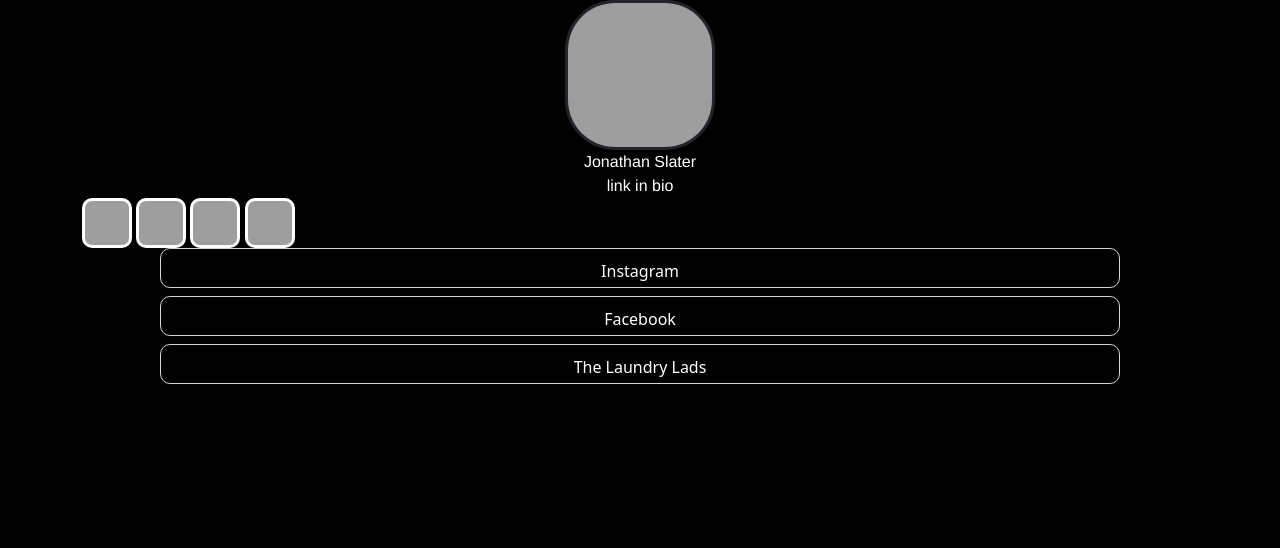
Repository: jontslater/LAB-link-in-bio
Page: index.html
An editor plug-in stored every save of this project. The page is shown before and after the next save, followed by the edit.
The browser window is 1280 px wide. The pictures show the whole page.
Pictures or frames that could not be fetched are drawn as grey boxes.

Above is the page before, as saved 2023-10-15 15:38:59.

### index.html
<!DOCTYPE html>
<html lang="en">
<head>
  <meta charset="UTF-8">
  <meta name="viewport" content="width=device-width, initial-scale=1.0">
  <title>linkinbio</title>
    <link href="https://cdn.jsdelivr.net/npm/bootstrap@5.1.3/dist/css/bootstrap.min.css" rel="stylesheet" integrity="sha384-1BmE4kWBq78iYhFldvKuhfTAU6auU8tT94WrHftjDbrCEXSU1oBoqyl2QvZ6jIW3" crossorigin="anonymous">
   <script src="main.js"></script>
  <link rel="stylesheet" href="main.css">

</head>
<body>

<div class="container">



  <img src="https://images.squarespace-cdn.com/content/v1/5b4d6d0b4cde7aa9fbec4fba/1537653096550-J9E52XLPZITJTOB32UZU/DSC03367.jpg?format=1000w"
  width="150";
  height="150";
  alt="alternatetext" class="photo">

<div class="Jon">Jonathan Slater</div>
<div class="Jon">link in bio</div>

<div></div>
<img src="https://www.freepnglogos.com/elon-musk-twitter-rebrand-x-logo-2.png" alt="alternatetext" class="social side">
<img src="https://upload.wikimedia.org/wikipedia/commons/thumb/8/8b/YouTube_dark_icon_%282017%29.svg/2560px-YouTube_dark_icon_%282017%29.svg.png" alt="alternatetext" class="social side">
<img src="https://image.similarpng.com/very-thumbnail/2020/06/Black-icon-Instagram-logo-transparent-PNG.png" alt="alternatetext" class="social side">
<img src="https://cdn.icon-icons.com/icons2/2428/PNG/512/linkedin_black_logo_icon_147114.png" alt="alternatetext" class="social side">
</div>

<div class="d-grid gap-2">
    <button class="buttons" type="button">Instagram</button>
    <button class="buttons" type="button">Facebook</button>
    <button class="buttons" type="button">The Laundry Lads</button>
  </div>


  <script src="https://cdn.jsdelivr.net/npm/bootstrap@5.1.3/dist/js/bootstrap.bundle.min.js" integrity="sha384-ka7Sk0Gln4gmtz2MlQnikT1wXgYsOg+OMhuP+IlRH9sENBO0LRn5q+8nbTov4+1p" crossorigin="anonymous"></script>
</div>
</body>
</html>

### main.js
console.log("This is a bio");

### main.css
body{
  background-color: black;
}

.buttons{
  background-color:black;
  border-style: solid;
  border-color: rgb(210, 214, 214);
  border-width: thin;
  color:white;
  width: 75%;
  height: 40px;
  border-radius: 10px;
  margin: auto;
  padding: 10px;

}

.Jon{
  color:white;
  text-align: center;
  margin: auto;
  font-style: normal sans-serif;
  font-family: 'Franklin Gothic Medium', 'Arial Narrow', Arial, sans-serif;
}

.photo{
  display: block;
  margin-left: auto;
  margin-right: auto;
  border-style: solid;
  border-radius: 50px
}

.social{
  background-color:white;
  color:white;
  border-radius: 10px;
  border-style: solid;
  height: 50px;
  width: 50px;
  align-items: center;
}

After the next save:
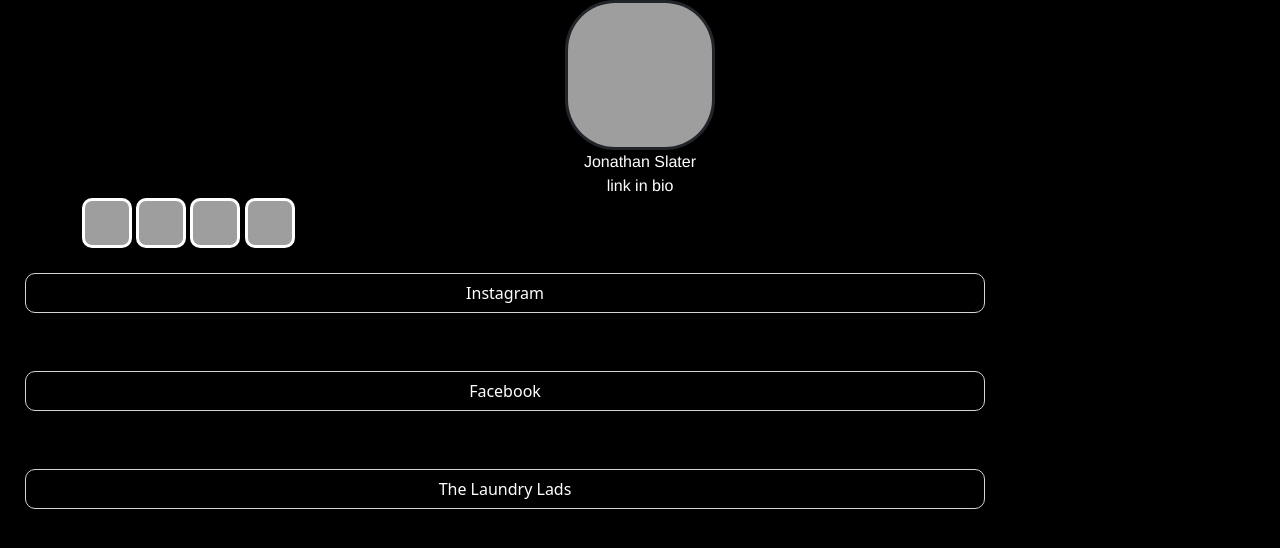
Saved 15 s later.
--- a/main.css
+++ b/main.css
@@ -11,8 +11,7 @@
   width: 75%;
   height: 40px;
   border-radius: 10px;
-  margin: auto;
-  padding: 10px;
+  margin: 25px;
 
 }
 
